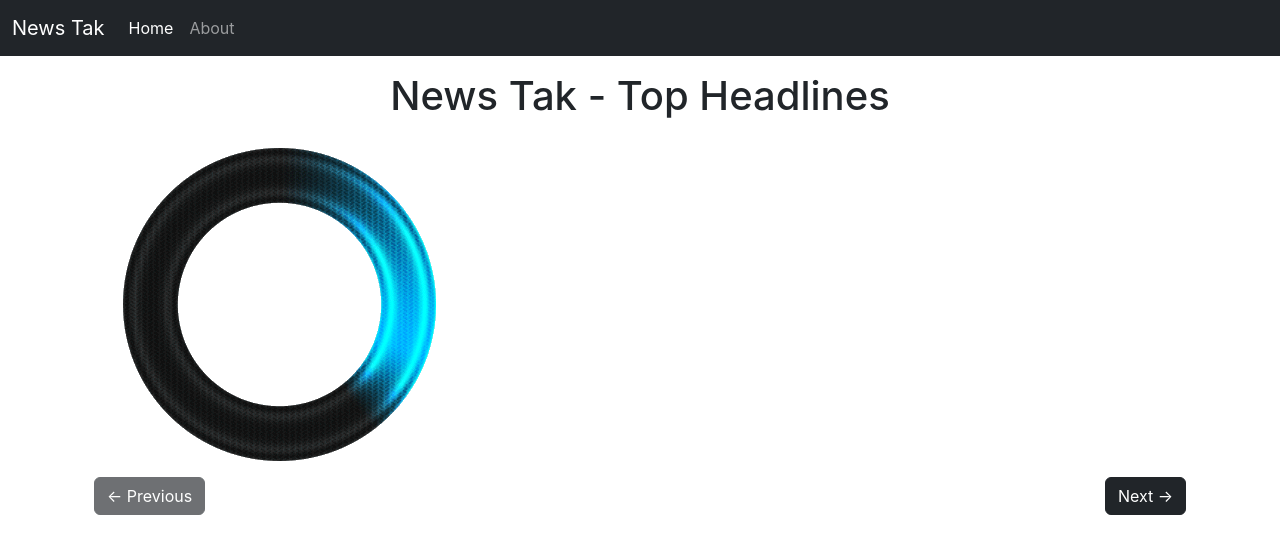
Repository: Rohit-foryou/News-website
Page: /
An editor plug-in stored every save of this project. The page is shown before and after the next save, followed by the edit.
The browser window is 1280 px wide. The pictures show the whole page.
The page's requests for data from a server got no answer. The project was rebuilt for these pictures with package versions that can differ from the ones it lists, and the page was loaded fresh each time. No one was signed in, and anything a server would have sent is missing. Also part of the build but not shown: src/Components/NewsItem.js.

Above is the page before, as saved 2024-01-10 19:10:48.

### public/index.html
<!DOCTYPE html>
<html lang="en">
  <head>
    <meta charset="utf-8" />
    <link rel="icon" href="%PUBLIC_URL%/favicon.ico" />
    <meta name="viewport" content="width=device-width, initial-scale=1" />
    <meta name="theme-color" content="#000000" />
    <meta
      name="description"
      content="News Tak is used to see latest news fast and easy"
    />
    <link rel="apple-touch-icon" href="%PUBLIC_URL%/logo192.png" />
    <!--
      manifest.json provides metadata used when your web app is installed on a
      user's mobile device or desktop. See https://developers.google.com/web/fundamentals/web-app-manifest/
    -->
    <link rel="manifest" href="%PUBLIC_URL%/manifest.json" />
    <!--
      Notice the use of %PUBLIC_URL% in the tags above.
      It will be replaced with the URL of the `public` folder during the build.
      Only files inside the `public` folder can be referenced from the HTML.

      Unlike "/favicon.ico" or "favicon.ico", "%PUBLIC_URL%/favicon.ico" will
      work correctly both with client-side routing and a non-root public URL.
      Learn how to configure a non-root public URL by running `npm run build`.
    -->
    <title>News Tak</title>
    <link href="https://cdn.jsdelivr.net/npm/bootstrap@5.3.2/dist/css/bootstrap.min.css" rel="stylesheet" integrity="sha384-T3c6CoIi6uLrA9TneNEoa7RxnatzjcDSCmG1MXxSR1GAsXEV/Dwwykc2MPK8M2HN" crossorigin="anonymous">
  </head>
  <body>
    <noscript>You need to enable JavaScript to run this app.</noscript>
    <div id="root"></div>
    <!--
      This HTML file is a template.
      If you open it directly in the browser, you will see an empty page.

      You can add webfonts, meta tags, or analytics to this file.
      The build step will place the bundled scripts into the <body> tag.

      To begin the development, run `npm start` or `yarn start`.
      To create a production bundle, use `npm run build` or `yarn build`.
    -->
    <script src="https://cdn.jsdelivr.net/npm/bootstrap@5.3.2/dist/js/bootstrap.bundle.min.js" integrity="sha384-C6RzsynM9kWDrMNeT87bh95OGNyZPhcTNXj1NW7RuBCsyN/o0jlpcV8Qyq46cDfL" crossorigin="anonymous"></script>
  </body>
</html>

### src/App.js
import React, { Component } from 'react'
import NavBar from './Components/NavBar'
import News from './Components/News'

export class App extends Component {
  render() {
    return (
      <div>
        <NavBar/>
        <News pageSize={5}/>
      </div>
    )
  }
}

export default App

### src/Components/NavBar.js
import React, { Component } from 'react'

export default class NavBar extends Component {
  render() {
    return (
      <div>
        <nav className="navbar navbar-expand-lg navbar-dark bg-dark">
            <div className="container-fluid">
                <a className="navbar-brand" href="/">News Tak</a>
                <button className="navbar-toggler" type="button" data-bs-toggle="collapse" data-bs-target="#navbarSupportedContent" aria-controls="navbarSupportedContent" aria-expanded="false" aria-label="Toggle navigation">
                <span className="navbar-toggler-icon"></span>
                </button>
                <div className="collapse navbar-collapse" id="navbarSupportedContent">
                <ul className="navbar-nav me-auto mb-2 mb-lg-0">
                    <li className="nav-item">
                    <a className="nav-link active" aria-current="page" href="/">Home</a>
                    </li>
                    <li className="nav-item">
                    <a className="nav-link" href="/about">About</a>
                    </li>
                </ul>
                </div>
            </div>
        </nav>
      </div>
    )
  }
}

### src/Components/News.js
import React, { Component } from "react";
import NewsItem from "./NewsItem";
import Spinner from "./Spinner";

export class News extends Component {
  constructor() {
    super();
    // console.log("hello i am constructor");
    this.state = {
      articles: [],
      loading: false,
      page: 1,
    };
  }

  async componentDidMount() {
    let url =
      `https://newsapi.org/v2/top-headlines?country=in&apiKey=fa3dbec13bb44cd2a222250b4aea8871&page=1&pageSize=${this.props.pageSize}`;
      this.setState({loading: true});
    let data = await fetch(url);
    let parsedData = await data.json();
    console.log(parsedData);
    this.setState({
        articles: parsedData.articles, totalResults: parsedData.totalResults, loading: false });
  }

  handleNextClick = async () => {
    if(!(this.state.page + 1 >Math.ceil(this.state.totalResults/this.props.pageSize))){
        let url = `https://newsapi.org/v2/top-headlines?country=in&apiKey=fa3dbec13bb44cd2a222250b4aea8871&page=${this.state.page + 1}&pageSize=${this.props.pageSize}`;

        this.setState({loading: true});
        let data = await fetch(url);
        let parsedData = await data.json();
        console.log(parsedData);

        this.setState({
          page: this.state.page + 1,
          articles: parsedData.articles,
          loading: false
        });

    }
  };


  handlePrevClick = async () => {
    let url = `https://newsapi.org/v2/top-headlines?country=in&apiKey=fa3dbec13bb44cd2a222250b4aea8871&page=${this.state.page - 1}&pageSize=${this.props.pageSize}`;

      this.setState({loading: true});
      let data = await fetch(url);
      let parsedData = await data.json();
      console.log(parsedData);

      this.setState({
        page: this.state.page - 1,
        articles: parsedData.articles,
        loading: false,
      });
  };


  render() {
    return (
      <div className="container my-3">
        <h1 className="text-center">News Tak - Top Headlines</h1>
        {this.state.loading && <Spinner/>}

        <div className="row">
          {!this.state.loading && this.state.articles.map((element) => {
            return (
              <div className="col-md-4" key={element.url}>
                <NewsItem
                  title={element.title ? element.title.slice(0, 45) : ""}
                  description={
                    element.description ? element.description.slice(0, 83) : ""
                  }
                  imgUrl={element.urlToImage}
                  newsUrl={element.url}
                />
              </div>
            );
          })}
        </div>
        <div className="container d-flex justify-content-between">
          <button
            disabled={this.state.page <= 1}
            type="button"
            className="btn btn-dark"
            onClick={this.handlePrevClick}
          >
            &larr; Previous
          </button>
          <button
            disabled={this.state.page + 1 >Math.ceil(this.state.totalResults/this.props.pageSize)}
            type="button"
            className="btn btn-dark"
            onClick={this.handleNextClick}
          >
            Next &rarr;
          </button>
        </div>
      </div>
    );
  }
}

export default News;

### src/Components/Spinner.js
import React, { Component } from 'react'
import loading from './loading.gif'

export default class Spinner extends Component {
  render() {
    return (
      <div>
        <img src={loading} alt="loading" />
      </div>
    )
  }
}

Loaded but not shown: src/index.js (common file); src/index.css (common file); src/reportWebVitals.js (common file)

After the next save:
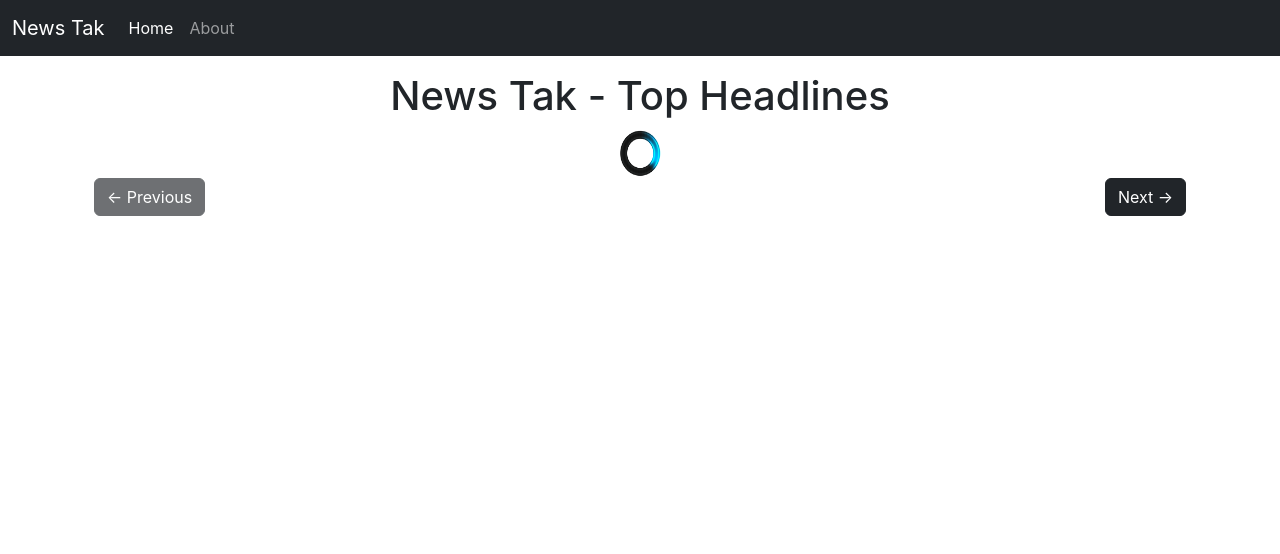
Saved 3 min 3 s later.
--- a/src/Components/Spinner.js
+++ b/src/Components/Spinner.js
@@ -1,12 +1,12 @@
-import React, { Component } from 'react'
-import loading from './loading.gif'
+import React, { Component } from 'react';
+import loading from './loading.gif';
 
 export default class Spinner extends Component {
   render() {
     return (
-      <div>
-        <img src={loading} alt="loading" />
+      <div className='text-center'>
+        <img src={loading} alt="loading" style={{ width: '50px', height: '50px' }} />
       </div>
-    )
+    );
   }
 }
